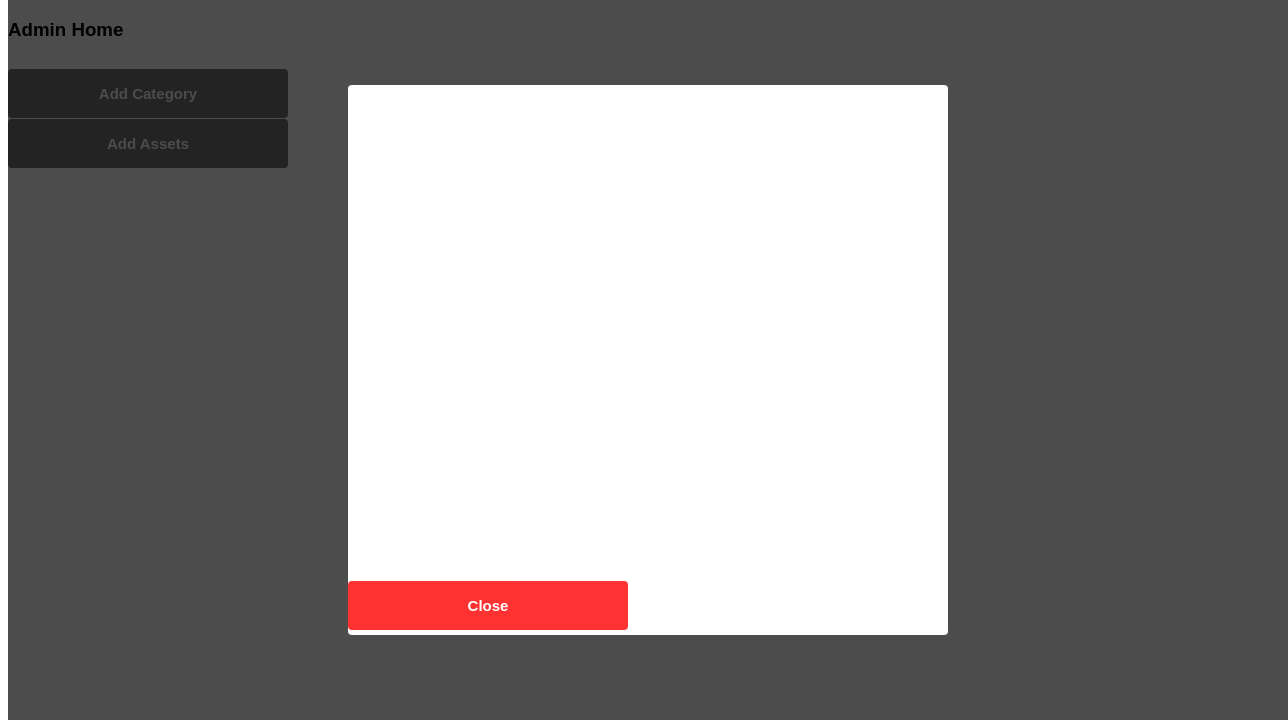
Repository: DhruvKaushal/CodeFury_404Found
Page: http://localhost/e-assets/assetadded.jsp
An editor plug-in stored every save of this project. The page is shown before and after the next save, followed by the edit.
The browser window is 1280 px wide. The page is 1288 px wide, so the pictures cover 1288 px, including what lies to the right of the window. The pictures show the whole page.
The page is served by Tomcat 9. Other server files are loaded and not shown.

Above is the page before, as saved 2020-10-05 10:36:58.

### Aditya's New/E-Assets-Management/e-assets/WebContent/assetadded.jsp
<%@ page language="java" contentType="text/html; charset=ISO-8859-1"
    pageEncoding="ISO-8859-1"%>
<!DOCTYPE html>
<html>
<head>
<meta charset="ISO-8859-1">
<link rel="stylesheet" href="addassets.css">
<title>Insert title here</title>
</head>
<body>

	  <h3>Admin Home</h3>

  	<button class="open-type-button">Add Category</button>
 	<button class="open-assets-button">Add Assets</button>

    <div class="bg-modal2" id="myForm2">
        	<div class="modal-content">






             <button class="close-button" action="adminhome.jsp" class="btn"><b>Close</b></button>


        </div>
    </div>






	<script>

	function closeForm1() {
  	document.getElementById("myForm1").style.display = "none";
	}

	function openForm2() {
  		document.getElementById("myForm2").style.display = "flex";
	}

	function closeForm2() {
  	document.getElementById("myForm2").style.display = "none";
	}
	</script>

</body>
</html>

### Aditya's New/E-Assets-Management/e-assets/WebContent/addassets.css
body {font-family: Arial, Helvetica, sans-serif;}
* {box-sizing: border-box;}


.open-assets-button {
  background-color: #555;
  color: white;
  padding: 16px 20px;
  border-radius: 4px;
  border: none;
  cursor: pointer;
  opacity: 0.8;
  position: fixed;
  width: 280px;
  margin-top: 60px;
  font-weight: bold;
  font-size: 15px;
  display: inline-block;
}

.open-type-button {
  background-color: #555;
  color: white;
  padding: 16px 20px;
  border-radius: 4px;
  border: none;
  cursor: pointer;
  opacity: 0.8;
  position: fixed;
  width: 280px;
  margin-top: 10px;
  font-weight: bold;
  font-size: 15px;
  display: inline-block;
}

.close-button {
  background-color: red;
  color: white;
  padding: 16px 20px;
  border-radius: 4px;
  border: none;
  cursor: pointer;
  opacity: 0.8;
  width: 280px;
  position: absolute;
  bottom: 35px;
  bottom: 5px;
    left: 0%;
    right: 0%;

  font-weight: bold;
  font-size: 15px;
  display:block;
}

.bg-modal {
	width: 100%;
	height: 100%;
	background-color: rgba(0,0,0,0.7);
	position: absolute;;
	top: 0;
	display: flex;
	justify-content: center;
	align-items: center;
	display: none;

}

.bg-modal2 {
	width: 100%;
	height: 100%;
	background-color: rgba(0,0,0,0.7);
	position: absolute;;
	top: 0;
	display: flex;
	justify-content: center;
	align-items: center;


}

.modal-content {
	width: 600px;
	height: 550px;
	background-color: white;
	border-radius: 4px;
	padding: 20px;
	position: relative;
}



input{
  width: 100%;
  padding: 15px;
  margin: 5px 0 22px 0;
  border: none;
  background: #f1f1f1;
}


.btn {
  background-color: #1686d9;
  color: white;
  border-radius: 4px;
  padding: 16px 20px;
  border: none;
  cursor: pointer;
  width: 50%;
  margin-top: 20px;
  margin: auto;
  opacity: 0.8;
  font-size: 20px;

  display:block;

}


.btn:hover, .open-assets-button:hover, .open-type-button:hover {
  opacity: 1;
}

.close {
	position: absolute;
	top: 0;
	right: 10px;
	font-size: 38px;
	color: #333;
	transform: rotate(45deg);
	cursor: pointer;
}

.close:hover {
		color: #666;
	}

After the next save:
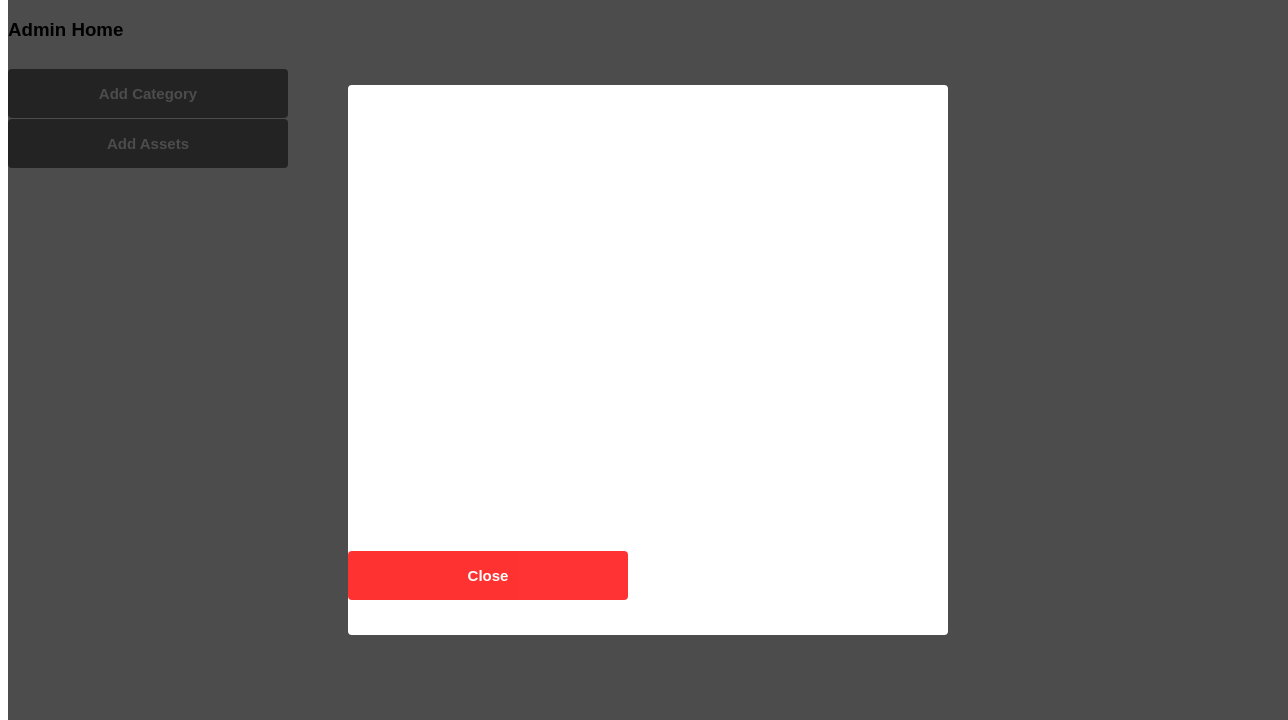
Saved 21 s later.
--- a/Aditya's New/E-Assets-Management/e-assets/WebContent/addassets.css
+++ b/Aditya's New/E-Assets-Management/e-assets/WebContent/addassets.css
@@ -45,7 +45,7 @@ body {font-family: Arial, Helvetica, sans-serif;}
   width: 280px;
   position: absolute;
   bottom: 35px;
-  bottom: 5px;
+
     left: 0%;
     right: 0%;
 
